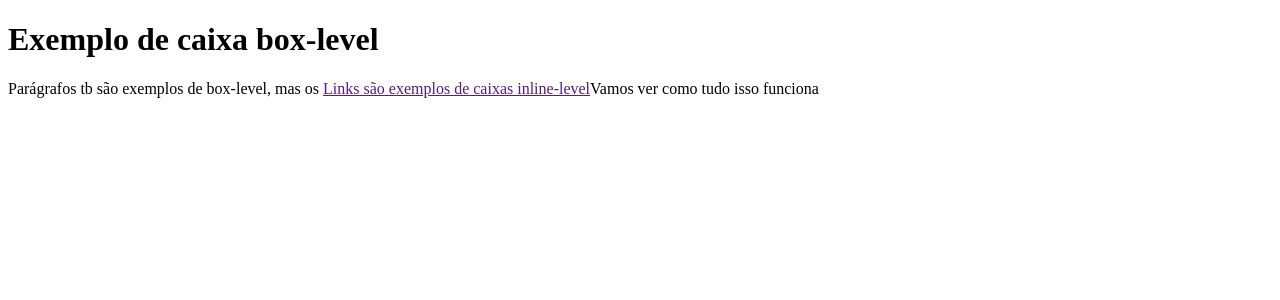
Repository: DorivalJunior14/exercicios
Page: ex.caixas.html/ex.caixas.html
The author's editor kept a copy of each file at every save. The page is drawn from the files as they stood at one save, then again after the next save.
The browser window is 1280 px wide. The pictures show the whole page.

Above is the page before, as saved 2021-05-12 15:58:06.

After the next save:
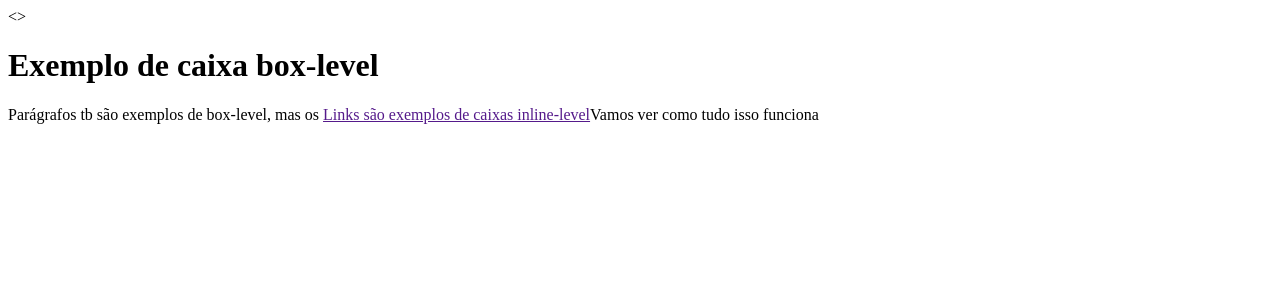
Saved 8 s later.
--- a/ex.caixas.html/ex.caixas.html
+++ b/ex.caixas.html/ex.caixas.html
@@ -5,7 +5,7 @@
     <meta name="viewport" content="width=device-width, initial-scale=1.0">
     <title>Modelos de Caixas</title>
 </head>
-<a>
+<>
     <h1>Exemplo de caixa box-level</h1>
     <p>Parágrafos tb são exemplos de box-level, mas os <a href="">Links são exemplos de caixas inline-level</a>Vamos ver como tudo isso funciona</p>
 

After the save that followed:
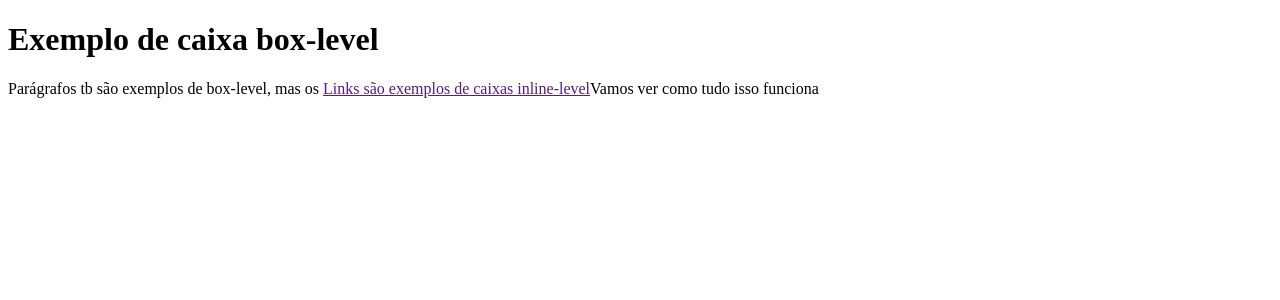
Saved 5 s later.
--- a/ex.caixas.html/ex.caixas.html
+++ b/ex.caixas.html/ex.caixas.html
@@ -5,8 +5,8 @@
     <meta name="viewport" content="width=device-width, initial-scale=1.0">
     <title>Modelos de Caixas</title>
 </head>
-<>
+<bo>
     <h1>Exemplo de caixa box-level</h1>
     <p>Parágrafos tb são exemplos de box-level, mas os <a href="">Links são exemplos de caixas inline-level</a>Vamos ver como tudo isso funciona</p>
 
-</html>
+</bo>
